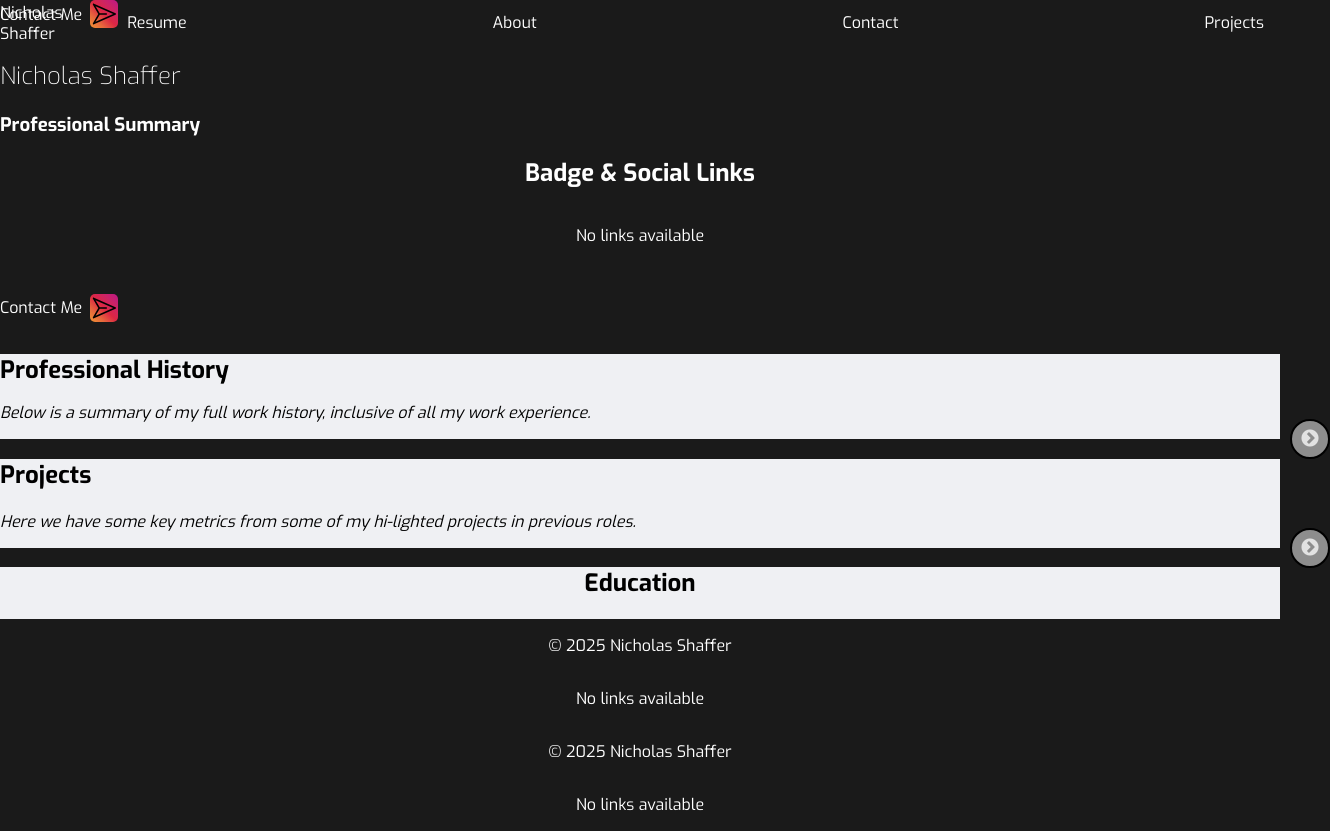
Repository: ShafferNick/nicholas_portfolio
Page: /
These files come from the project's save history. The page is drawn as it stood at one moment and after the next save; the edit follows.
The browser window is 1280 px wide. The page is 1330 px wide, so the pictures cover 1330 px, including what lies to the right of the window. The pictures show the whole page.
The page's requests for data from a server got no answer. The project was rebuilt for these pictures with package versions that can differ from the ones it lists, and the page was loaded fresh each time. The framework's server and built-in components were replaced by stand-ins that run in the browser. No one was signed in, and anything a server would have sent is missing. Also part of the build but not shown: next.config.ts, src/app/components/Contact.tsx.

Above is the page before, as saved 2025-03-19 13:58:28.

### src/app/layout.tsx
import './globals.css';
import type { Metadata } from 'next';
import ContactWrapper from './components/ContactWrapper';
import FooterClient from './components/FooterClient';

export const metadata: Metadata = {
  title: 'Create Next App',
  description: 'Generated by create next app',
};

export default function RootLayout({
  children,
}: {
  children: React.ReactNode;
}) {
  return (
    <html lang="en">
      <body>
        <ContactWrapper>
          {children}
          <FooterClient links={[]} />
        </ContactWrapper>
      </body>
    </html>
  );
}

### src/app/page.tsx
import { client } from '@/app/sanityClient';
import Image from 'next/image';
import Hero from './components/Hero';
import Links from './components/Links';
import ProfessionalHistory from './components/ProfessionalHistory';
import Projects from './components/Projects';
import Education from './components/Education';
import ContactMe from './components/ContactMe';
import FooterClient from './components/FooterClient';
import { SanityImageSource } from '@/app/types/sanity-types';

type Job = {
  _id: string;
  title: string;
  dates: { startDate: string; endDate: string | null };
  description: string[];
  location: string;
  companyLogo?: SanityImageSource;
};

type Project = {
  _id: string;
  title: string;
  timeline: { startDate: string; endDate: string | null };
  summary: string;
  description: string[];
};

type Profile = {
  _id: string;
  summary: string;
};

type Link = {
  _id: string;
  title: string;
  url: string;
  icon: string;
};

type EducationEntry = {
  _id: string;
  institution: string;
  major: string;
  gpa: number;
  activities: string[];
  dates: { startDate: string; endDate: string | null };
};

async function getData() {
  try {
    const profile = await client.fetch<Profile[]>(`*[_type == "profile"]`);
    const jobs = await client.fetch<Job[]>(
      `*[_type == "job"] {
        _id,
        title,
        dates,
        description,
        location,
        companyLogo {
          ...,
          asset->
        }
      } | order(dates.startDate desc)`
    );
    const projects = await client.fetch<Project[]>(
      `*[_type == "project"] {
        _id,
        title,
        timeline,
        summary,
        description
      } | order(timeline.startDate desc)`
    );
    const links = await client.fetch<Link[]>(`*[_type == "link"]`);
    const education = await client.fetch<EducationEntry[]>(
      `*[_type == "education"] {
        _id,
        institution,
        major,
        gpa,
        activities,
        dates
      } | order(dates.startDate desc)`
    );
    console.log('Fetched links in getData:', links);
    console.log('Fetched education in getData:', education);
    return { profile: profile[0], jobs, projects, links, education };
  } catch (error) {
    console.error('Error fetching data from Sanity:', error);
    return { profile: { _id: '', summary: '' }, jobs: [], projects: [], links: [], education: [] };
  }
}

export default async function Home() {
  const data = await getData();
  const { profile, jobs, projects, links, education } = data;

  console.log('Links in Home (before rendering):', links);
  console.log('Education in Home (before rendering):', education);

  const safeLinks = Array.isArray(links) ? links : [];

  return (
    <>
      {/* Hero Section */}
      <Hero summary={profile.summary} />

      {/* Badge & Social Links Section */}
      <Links links={safeLinks} />

      {/* Contact Me Section */}
      <ContactMe />

      {/* Professional History Section */}
      <ProfessionalHistory jobs={jobs} />

      {/* Projects Section */}
      <Projects projects={projects} />

      {/* Education Section */}
      <Education education={education} />

      {/* Footer Section */}
      <FooterClient links={safeLinks} />
    </>
  );
}

### src/app/components/ContactWrapper.tsx
'use client';
import React, { useState } from 'react';
import NavbarClient from './NavbarClient';
import ContactMe from './ContactMe';
import Contact from './Contact';

type ContactWrapperProps = {
  children: React.ReactNode;
};

export default function ContactWrapper({ children }: ContactWrapperProps) {
  const [isFormOpen, setIsFormOpen] = useState(false);

  const openForm = () => setIsFormOpen(true);
  const closeForm = () => setIsFormOpen(false);

  return (
    <>
      <NavbarClient onContactClick={openForm} />
      <ContactMe onContactClick={openForm} />
      {children}
      {isFormOpen && (
        <div className="fixed inset-0 z-50 flex items-center justify-center bg-black bg-opacity-70">
          <div className="relative bg-white p-6 rounded-lg shadow-lg w-full max-w-md mx-4">
            <Contact onClose={closeForm} />
          </div>
        </div>
      )}
    </>
  );
}

### src/app/components/FooterClient.tsx
'use client';
import Links from './Links';

type Link = {
  _id: string;
  title: string;
  url: string;
  icon: string;
};

type FooterClientProps = {
  links?: Link[];
};

export default function FooterClient({ links = [] }: FooterClientProps) {
  console.log('Links in FooterClient:', links); // Debug log
  return (
    <footer className="bg-gray-800 text-white py-6 text-center w-full">
      <div className="flex flex-col items-center gap-4">
        <p>© 2025 Nicholas Shaffer</p>
        <Links links={links} isFooter={true} />
      </div>
    </footer>
  );
}

### src/app/sanityClient.ts
import { createClient } from '@sanity/client';

console.log('Project ID:', process.env.NEXT_PUBLIC_SANITY_PROJECT_ID);
console.log('Dataset:', process.env.NEXT_PUBLIC_SANITY_DATASET);

if (!process.env.NEXT_PUBLIC_SANITY_PROJECT_ID) {
  throw new Error('NEXT_PUBLIC_SANITY_PROJECT_ID is not set. Check .env.local or Vercel env variables.');
}

export const client = createClient({
  projectId: process.env.NEXT_PUBLIC_SANITY_PROJECT_ID,
  dataset: process.env.NEXT_PUBLIC_SANITY_DATASET || 'production',
  apiVersion: '2023-05-03', // Fixed to a valid version
  useCdn: true,
});

### src/app/components/Hero.tsx
import React from 'react';

type HeroProps = {
  summary: string;
};

export default function Hero({ summary }: HeroProps) {
    return (
        <section className="hero-custom-black py-20 md:py-28 text-left animate-slide-in">
            <div className="max-w-4xl mx-auto px-8 md:px-12">
                <h1 className="text-5xl md:text-6xl font-extralight mb-6" style={{ fontWeight: 200 }}>
                    Nicholas Shaffer
                </h1>
                <div className="max-w-2xl mb-8">
                    <h3 className="text-lg md:text-xl font-bold mb-4" style={{ fontWeight: 700 }}>
                        Professional Summary
                    </h3>
                    <p className="text-base md:text-lg leading-relaxed font-extralight" style={{ fontWeight: 200 }}>
                        {summary}
                    </p>
                </div>
            </div>
        </section>
    );
}

### src/app/components/Links.tsx
'use client';
import { FontAwesomeIcon } from '@fortawesome/react-fontawesome';
import { faLinkedin, faGithub } from '@fortawesome/free-brands-svg-icons';
import { faAward } from '@fortawesome/free-solid-svg-icons';
import Image from 'next/image';

type Link = {
  _id: string;
  title: string;
  url: string;
  icon: string;
};

type LinksProps = {
  links: Link[];
  isFooter?: boolean;
};

export default function Links({ links, isFooter = false }: LinksProps) {
  console.log('Links in Links component:', links); // Debug log

  const getIcon = (iconName: string) => {
    switch (iconName.toLowerCase()) {
      case 'linkedin':
        return faLinkedin;
      case 'github':
        return faGithub;
      case 'aws cloud practitioner':
      case 'prosci change manager':
      case 'credly':
        return faAward;
      default:
        return null;
    }
  };

  const getImage = (iconName: string) => {
    switch (iconName.toLowerCase()) {
      case 'github':
        return (
          <Image
            src="https://static-00.iconduck.com/assets.00/github-icon-2048x2048-dpporae2.png"
            alt="GitHub"
            width={isFooter ? 40 : 50}
            height={isFooter ? 40 : 50}
          />
        );
      case 'aws cloud practitioner':
        return (
          <Image
            src="https://res.cloudinary.com/hy4kyit2a/f_auto,fl_lossy,q_70/learn/modules/aws-cloud-practitioner-certification-prep/learn-about-the-aws-certified-cloud-practitioner-exam/images/8ef555de1a79ee04d46f669f807e8626_8-e-63168-f-d-72-f-4272-8994-6779-eec-75-ce-9.png"
            alt="AWS Cloud Practitioner"
            width={isFooter ? 40 : 50}
            height={isFooter ? 40 : 50}
          />
        );
      case 'prosci change manager':
        return (
          <Image
            src="https://images.credly.com/images/8a442ad3-10d8-46e4-9241-41b68cfb50a9/linkedin_thumb_VILT_Change_Practitioner_Certification_V2.png"
            alt="Prosci Change Practitioner"
            width={isFooter ? 75 : 95}
            height={isFooter ? 45 : 55}
          />
        );
      case 'credly':
        return (
          <Image
            src="https://cdn.player.fm/images/21281221/series/SyPIfO73CwJqTAo6/512.png"
            alt="Credly"
            width={isFooter ? 40 : 50}
            height={isFooter ? 40 : 50}
          />
        );
      default:
        return null;
    }
  };

  return (
    <section className={isFooter ? 'flex justify-center gap-12' : 'badge-social-section mb-8'}>
      {!isFooter && (
        <h2 className="text-2xl font-regular mb-2 text-center">Badge & Social Links</h2>
      )}
      <div
        className={
          isFooter
            ? 'flex justify-around items-center flex-wrap gap-4 max-w-4xl mx-auto' // Match top section spacing and width
            : 'flex justify-around items-center flex-wrap gap-4'
        }
      >
        {Array.isArray(links) && links.length > 0 ? (
          links.map((link) => {
            const icon = getIcon(link.icon);
            const image = getImage(link.icon);

            return (
              <a
                key={link._id}
                href={link.url}
                target="_blank"
                rel="noopener noreferrer"
                className={
                  isFooter
                    ? 'p-3 transition-transform hover:scale-110'
                    : 'text-blue-600 hover:text-blue-800 transition-transform hover:scale-110 font-extralight p-2'
                }
                title={link.title}
              >
                {image ? (
                  image
                ) : icon ? (
                  <FontAwesomeIcon
                    icon={icon}
                    size={isFooter ? '2x' : '3x'}
                    className={isFooter ? 'hover:text-gray-300 transition-colors duration-300' : ''}
                  />
                ) : null}
              </a>
            );
          })
        ) : (
          <p>No links available</p>
        )}
      </div>
    </section>
  );
}

### src/app/components/ProfessionalHistory.tsx
'use client';
import React from 'react';
import Slider from 'react-slick';
import Image from 'next/image';
import { urlFor } from '@/app/sanityImageUrl'; // Updated to match subdirectory
import { SanityImageSource } from '@/app/types/sanity-types';

type Job = {
  _id: string;
  title: string;
  dates: { startDate: string; endDate: string | null };
  description: string[];
  location: string;
  companyLogo?: SanityImageSource;
};

type ProfessionalHistoryProps = {
  jobs: Job[];
};

export default function ProfessionalHistory({ jobs }: ProfessionalHistoryProps) {
  const settings = {
    dots: true,
    infinite: true,
    speed: 500,
    slidesToShow: 1,
    slidesToScroll: 1,
    arrows: true,
    responsive: [
      {
        breakpoint: 768,
        settings: {
          slidesToShow: 1,
          slidesToScroll: 1,
          arrows: false,
        },
      },
    ],
  };



  return (
    <section className="professional-history-section py-16 bg-[#EFF0F3] animate-slide-in w-full professional-history-spacing">
      <div className="max-w-4xl mx-auto">
        <h2 className="text-5xl md:text-6xl font-bold text-left pt-8 md:pt-12">Professional History</h2>
        <p className="text-sm italic">Below is a summary of my full work history, inclusive of all my work experience.</p>
        <Slider {...settings}>
          {jobs.map((job) => (
            <div key={job._id} className="px-2">
              <div className="bg-white shadow-lg rounded-lg p-6 flex flex-col min-h-[500px] transition-transform duration-300 hover:shadow-xl">
                <div className="flex-1">
                  <h3 className="text-xl md:text-2xl font-bold mb-2">{job.title}</h3>
                  <p className="mb-2 text-sm italic">
                    {job.dates.startDate} - {job.dates.endDate || 'Present'} | {job.location}
                  </p>
                  <ul className="list-disc list-inside text-sm space-y-2 mb-4">
                    {job.description.map((bullet, index) => (
                      <li key={index}>{bullet}</li>
                    ))}
                  </ul>
                  <div className="flex justify-center mt-auto">
                    {job.companyLogo ? (
                      <Image
                        src={urlFor(job.companyLogo).fit('max').width(200).url()}
                        alt={`${job.title} company logo`}
                        width={200}
                        height={200}
                        unoptimized={true}
                        className="object-contain"
                        style={{ maxHeight: '120px' }}
                      />
                    ) : (
                      <div className="h-32 w-32 bg-gray-300 rounded-lg"></div>
                    )}
                  </div>
                </div>
              </div>
            </div>
          ))}
        </Slider>
      </div>
    </section>
  );
}

### src/app/components/Projects.tsx
'use client';
import React from 'react';
import Slider from 'react-slick';
import Image from 'next/image';
import { urlFor } from '@/app/sanityImageUrl';
import { SanityImageSource } from '@/app/types/sanity-types';

type Project = {
  _id: string;
  title: string;
  timeline: { startDate: string; endDate: string | null };
  summary: string;
  description: string[];
};

type ProjectsProps = {
  projects: Project[];
};

export default function Projects({ projects }: ProjectsProps) {
  const settings = {
    dots: true,
    infinite: true,
    speed: 500,
    slidesToShow: 1,
    slidesToScroll: 1,
    arrows: true,
    responsive: [
      {
        breakpoint: 768,
        settings: {
          slidesToShow: 1,
          slidesToScroll: 1,
          arrows: false,
        },
      },
    ],
  };

  return (
    <section className="projects-section py-16 bg-[#EFF0F3] text-black animate-slide-in w-full">
      <div className="max-w-4xl mx-auto">
              <h2 className="text-5xl md:text-6xl font-bold text-left pt-8 md:pt-12">Projects</h2>
              <p className="text-sm italic">Here we have some key metrics from some of my hi-lighted projects in previous roles.</p>
        <Slider {...settings}>
          {projects.map((project) => (
            <div key={project._id} className="px-2">
              <div className="bg-gray-200 shadow-lg rounded-lg p-6 flex flex-col min-h-[400px] transition-transform duration-300 hover:shadow-xl">
                <div className="flex-1">
                  <h3 className="text-xl md:text-2xl font-medium mb-2">{project.title}</h3>
                  <p className="mb-2 text-sm italic">
                    {project.timeline.startDate} - {project.timeline.endDate || 'Present'}
                  </p>
                  <p className="text-gray-600 mb-4">{project.summary}</p>
                  <ul className="list-disc list-inside text-sm space-y-2 mb-6">
                    {project.description.map((desc, index) => (
                      <li key={index} className="leading-relaxed">
                        {desc}
                      </li>
                    ))}
                  </ul>
                </div>
                <div className="flex justify-center mt-auto">
                  {/* Placeholder for project image - you can add an image field to the schema if desired */}
                  <div className="w-32 h-32 bg-gray-300 rounded-lg"></div>
                </div>
              </div>
            </div>
          ))}
        </Slider>
      </div>
    </section>
  );
}

### src/app/components/Education.tsx
'use client';
import React from 'react';

type EducationEntry = {
  _id: string;
  institution: string;
  major: string;
  gpa: number;
  activities: string[];
  dates: { startDate: string; endDate: string | null };
};

type EducationProps = {
  education: EducationEntry[];
};

export default function Education({ education }: EducationProps) {
  return (
    <section className="education-section py-16 bg-[#EFF0F3] text-black animate-slide-in w-full">
      <div className="max-w-4xl mx-auto">
        <h2 className="text-3xl md:text-4xl font-bold mb-12 text-center">Education</h2>
        <div className="bg-white shadow-lg rounded-lg p-6">
          <div className="grid grid-cols-1 md:grid-cols-2 gap-8">
            {education.map((entry) => (
              <div key={entry._id} className="flex flex-col">
                <h3 className="text-xl md:text-2xl font-bold mb-2">{entry.institution}</h3>
                <p className="mb-2 text-sm italic">
                  {entry.major} | {entry.dates.startDate} - {entry.dates.endDate || 'Present'}
                </p>
                <p className="text-sm mb-2">GPA: {entry.gpa}</p>
                <ul className="list-disc list-inside text-sm space-y-2">
                  {entry.activities.map((activity, index) => (
                    <li key={index} className="leading-relaxed">
                      {activity}
                    </li>
                  ))}
                </ul>
              </div>
            ))}
          </div>
        </div>
      </div>
    </section>
  );
}

### src/app/components/ContactMe.tsx
'use client';
import React from 'react';
import Image from 'next/image';

type ContactMeProps = {
  onContactClick: () => void;
};

export default function ContactMe({ onContactClick }: ContactMeProps) {
  return (
    <section className="contact-section">
      <div className="max-w-4xl mx-auto">
        <div className="contact-me cursor-pointer" onClick={onContactClick}>
          <span>Contact Me</span>
          <Image
            src="/paper-plane-svgrepo-com.svg"
            alt="Contact Icon"
            width={24}
            height={24}
            className="contact-icon"
          />
        </div>
      </div>
    </section>
  );
}

### src/app/components/NavbarClient.tsx
'use client';
import React, { useState } from 'react';
import Link from 'next/link';
import { usePathname } from 'next/navigation';

type NavbarClientProps = {
  onContactClick: () => void;
};

export default function NavbarClient({ onContactClick }: NavbarClientProps) {
  const [isMobileMenuOpen, setIsMobileMenuOpen] = useState(false);
  const pathname = usePathname();

  const navLinks = [
    { name: 'Resume', href: '/' },
    { name: 'About', href: '/about' },
    { name: 'Contact', href: '#', onClick: onContactClick },
    { name: 'Projects', href: '/projects' },
  ];

  const toggleMobileMenu = () => {
    setIsMobileMenuOpen(!isMobileMenuOpen);
  };

  return (
    <nav className="bg-gray-800 text-white p-4 fixed w-full top-0 z-50">
      <div className="max-w-4xl mx-auto flex justify-between items-center">
        <div className="text-lg font-bold">Nicholas Shaffer</div>

        {/* Desktop Menu */}
        <div className="desktop-menu hidden md:flex space-x-4">
          {navLinks.map((link) => (
            <Link
              key={link.name}
              href={link.href}
              className={`nav-link ${pathname === link.href ? 'active-link' : ''}`}
              onClick={(e) => {
                if (link.onClick) {
                  e.preventDefault();
                  link.onClick();
                }
              }}
            >
              {link.name}
            </Link>
          ))}
        </div>

        {/* Mobile Menu Toggle */}
        <div className="mobile-menu-toggle md:hidden">
          <button onClick={toggleMobileMenu} aria-label="Toggle mobile menu">
            <span className="block w-6 h-0.5 bg-white mb-1.5"></span>
            <span className="block w-6 h-0.5 bg-white mb-1.5"></span>
            <span className="block w-6 h-0.5 bg-white"></span>
          </button>
        </div>

        {/* Mobile Menu */}
        <div
          className={`mobile-menu md:hidden fixed top-0 right-0 w-3/4 h-full bg-gray-900 p-4 transform transition-transform duration-300 ${
            isMobileMenuOpen ? 'translate-x-0' : 'translate-x-full'
          }`}
        >
          <button
            onClick={toggleMobileMenu}
            className="close-button text-white text-2xl"
            aria-label="Close mobile menu"
          >
            ×
          </button>
          <div className="flex flex-col space-y-4 mt-12">
            {navLinks.map((link) => (
              <Link
                key={link.name}
                href={link.href}
                className={`text-white text-lg ${pathname === link.href ? 'active-link' : ''}`}
                onClick={(e) => {
                  if (link.onClick) {
                    e.preventDefault();
                    link.onClick();
                    toggleMobileMenu();
                  } else {
                    toggleMobileMenu();
                  }
                }}
              >
                {link.name}
              </Link>
            ))}
          </div>
        </div>
      </div>
    </nav>
  );
}

### src/app/sanityImageUrl.ts
import imageUrlBuilder from '@sanity/image-url';
import { client } from '@/app/sanityClient';
import { SanityImageSource } from '@/app/types/sanity-types'; // Should resolve to src/types/sanity-types.ts

const builder = imageUrlBuilder(client);

export function urlFor(source: SanityImageSource) {
  return builder.image(source);
}

Loaded but not shown: src/app/globals.css (529 lines, source omitted)

After the next save:
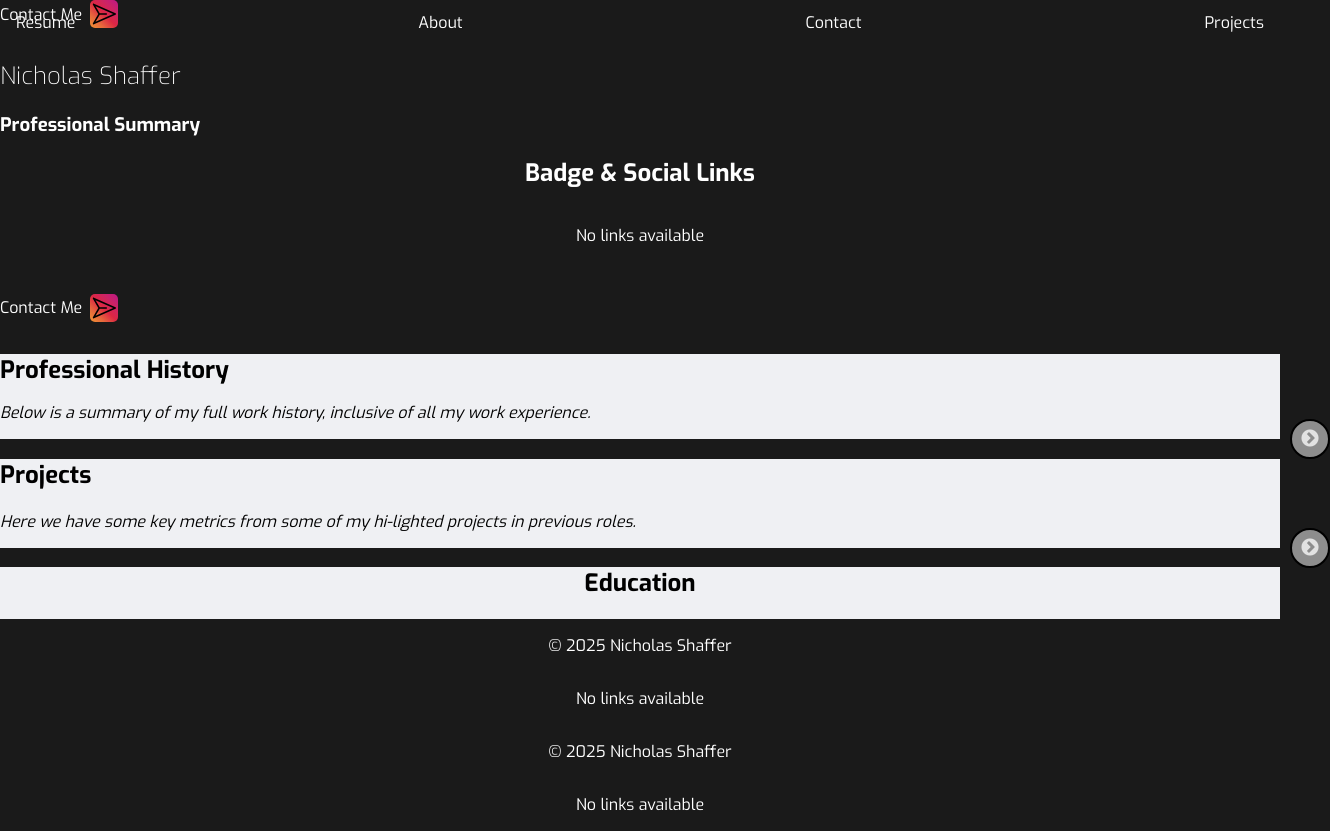
Saved 47 s later.
--- a/src/app/components/NavbarClient.tsx
+++ b/src/app/components/NavbarClient.tsx
@@ -25,7 +25,6 @@ export default function NavbarClient({ onContactClick }: NavbarClientProps) {
   return (
     <nav className="bg-gray-800 text-white p-4 fixed w-full top-0 z-50">
       <div className="max-w-4xl mx-auto flex justify-between items-center">
-        <div className="text-lg font-bold">Nicholas Shaffer</div>
 
         {/* Desktop Menu */}
         <div className="desktop-menu hidden md:flex space-x-4">
